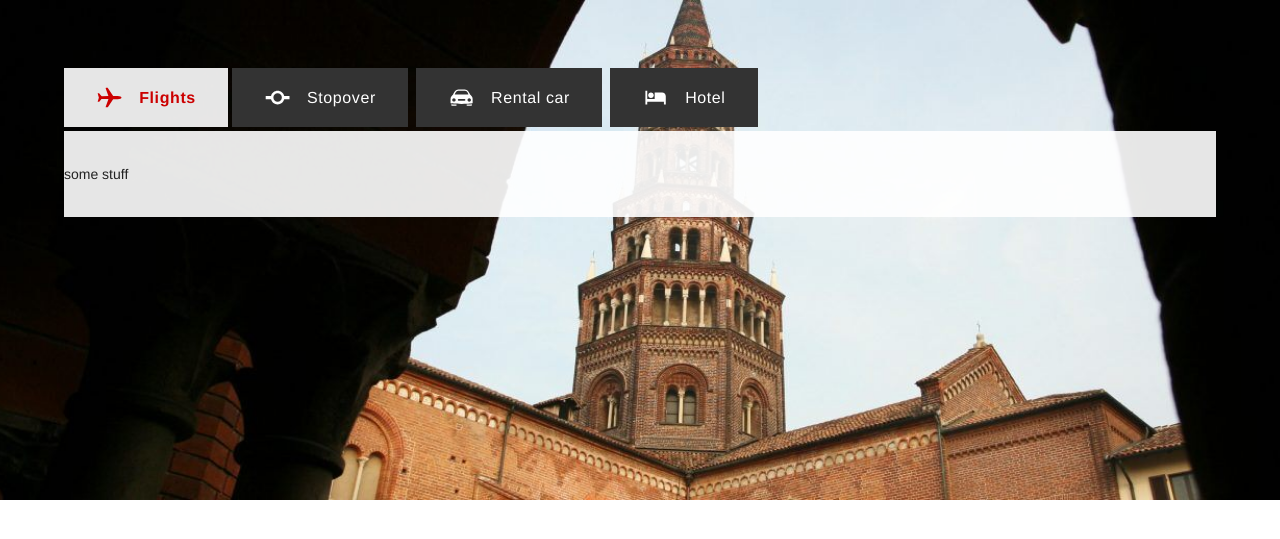
Repository: guidogr95/Everymundo-Excercise
Page: /
An editor plug-in stored every save of this project. The page is shown before and after a run of saves, followed by the edit.
The browser window is 1280 px wide. The pictures show the whole page.
The project was rebuilt for these pictures with package versions that can differ from the ones it lists, and the page was loaded fresh each time.

Above is the page before, as saved 2021-06-30 21:49:06.

### src/App.jsx
import 'antd/dist/antd.css';
import './app.scss';
// components
import BookingMask from 'src/components/BookingMask'

function App() {
  return (
    <div className="App">
      <div className="flightmanager-container container" >
        <BookingMask />
      </div>
    </div>
  );
}

export default App;

### src/app.scss
@import 'styles/global';

.App {
  .container {
    width: $desktop-maxwidth;
    max-width: 100%;
  }
  .flightmanager-container {
    background: url('./assets/images/bg.jpg');
    background-size: cover;
    background-position: center;
    min-height: 500px;
    margin: auto;
    padding: 4rem;
  }
}

### src/components/BookingMask/index.jsx
import React, { useState } from 'react'
// styles
import './bookingmask.scss'
// assets
import { IoIosAirplane, IoMdGitCommit, IoIosCar, IoMdBed } from 'react-icons/io'
// components
import EmptyTab from './EmptyTab'
import FlightsTab from './FlightsTab'

const BookingMask = () => {
  const tabs = [
    {
      name: 'Flights',
      icon: <IoIosAirplane />,
      component: <FlightsTab />
    },
    {
      name: 'Stopover',
      icon: <IoMdGitCommit />,
      component: <EmptyTab />
    },
    {
      name: 'Rental car',
      icon: <IoIosCar />,
      component: <EmptyTab />
    },
    {
      name: 'Hotel',
      icon: <IoMdBed />,
      component: <EmptyTab />
    }
  ]

  const [activeTab, setActiveTab] = useState(tabs[0].name)
  const handleTab = name => setActiveTab(name)

  return (
    <section className="bookingmask" >
      <ul className="bookingmask__nav" >
        {tabs.map(tab =>
          <button
            className={activeTab === tab.name ? 'active' : ''}
            onClick={() => handleTab(tab.name)}
          >
            {tab.icon}<span>{tab.name}</span>
          </button>
        )}
      </ul>
      <div className="bookingmask__tabs-wrapper" >
          {tabs.map(tab =>
            <div className={`bookingmask__tab${activeTab === tab.name ? ' active' : ''}`} >
              {tab.component}
            </div>
          )}
      </div>
    </section>
  )
}

export default BookingMask

### src/styles/_global.scss
@import 'variables';
@import 'mixins';

html,
body {
  position: relative;
  padding: 0;
  margin: 0;
  font-family: $font-family;
  -webkit-text-size-adjust: 100%;
  -webkit-font-smoothing: auto;
  -moz-font-smoothing: auto;
  -moz-osx-font-smoothing: auto;
}
* {
  box-sizing: border-box;
}
ul {
  margin: 0;
  padding: 0;
}
button {
  border: none;
  cursor: pointer;
}

### src/styles/_variables.scss
// measurements
$desktop-maxwidth: 90rem;
// colors
$color-red: #c00;
$color-gray: #333333;
$color-white: #fff;
// fonts
// font-family
$font-family: SwissText,Helvetica,Arial,sans-serif,LufthansaMamSymbolText;
// font-weight
$font-weight-medium: 700;
$font-weight-small: 300;
// font-size
$font-size-normal: 1rem;
$font-size-large: 1.7rem;
// line height
$line-height-medium: 2.2rem;
// letter spacing
$letter-spacing-small: .6px;

// tab variables
// colors
$color-active-tab-bg: hsla(0,0%,100%,.9);
// padding
$padding-tab-link: 1rem 2rem;
$padding-tab-content: 2rem 0;
// margin
$margin-tab-link: .25rem;

### src/styles/_mixins.scss
// MIXINS
@mixin breakpoint($point) {
  @media (max-width: $point) {
    @content;
  }
}

### src/components/BookingMask/bookingmask.scss
@import '/src/styles/variables';
.bookingmask {
  &__nav {
    list-style: none;
    button {
      &:not(:first-of-type) {
        margin: $margin-tab-link;
      }
      color: $color-white;
      background: $color-gray;
      padding: $padding-tab-link;
      display: inline-flex;
      align-items: center;
      font-size: $font-size-normal;
      font-weight: $font-weight-small;
      letter-spacing: $letter-spacing-small;
      &.active {
        color: $color-red;
        font-weight: $font-weight-medium;
        background-color: $color-active-tab-bg;
      }
      svg {
        margin-right: 1rem;
        font-size: $font-size-large;
      }
    }
  }
  &__tabs-wrapper {
    position: relative;
  }
  &__tab {
    position: absolute;
    top: 0;
    left: 0;
    right: 0;
    padding: $padding-tab-content;
    background-color: $color-active-tab-bg;
    display: none;
    &.active {
      display: block;
    }
  }
}

### src/components/BookingMask/EmptyTab/index.jsx
import React from 'react'

const EmptyTab = () => {
  return (
    <div>
      some more stuff
    </div>
  )
}

export default EmptyTab

### src/components/BookingMask/FlightsTab/index.jsx
import React from 'react'

const FlightsTab = ({ name, activeTab }) => {
  return (
    <div>
      some stuff
    </div>
  )
}

export default FlightsTab

Loaded but not shown: public/index.html (common file); src/index.jsx (common file); src/reportWebVitals.js (common file)

After the next 2 saves:
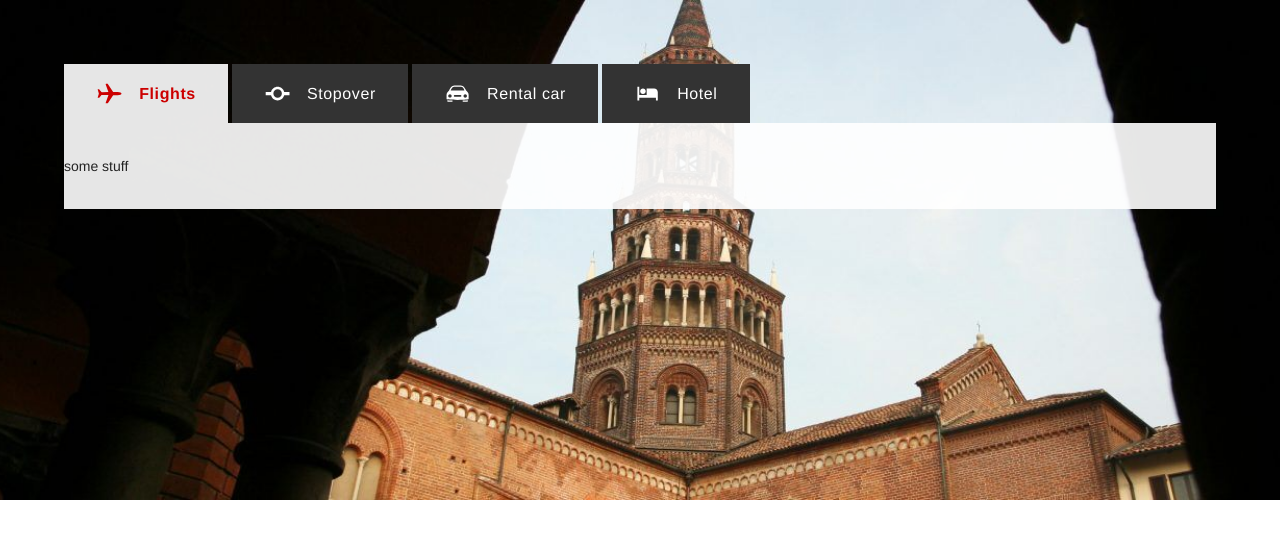
The 2 saves are shown as one change because they came seconds apart.
The last was saved 19 s later.
--- a/src/styles/_variables.scss
+++ b/src/styles/_variables.scss
@@ -25,4 +25,4 @@ $color-active-tab-bg: hsla(0,0%,100%,.9);
 $padding-tab-link: 1rem 2rem;
 $padding-tab-content: 2rem 0;
 // margin
-$margin-tab-link: .25rem;
+$margin-tab-link: 0 0 0 .25rem;
